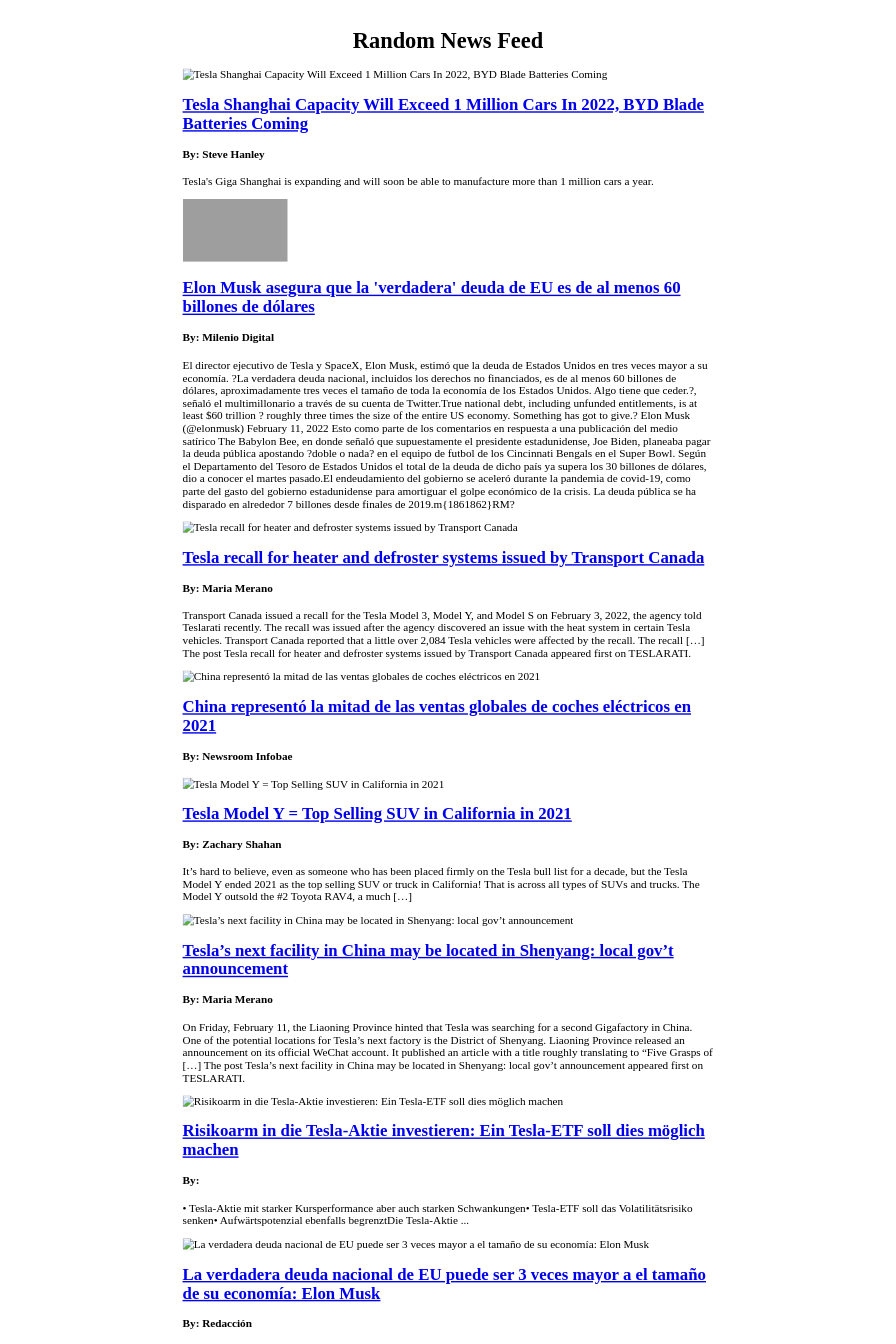
Repository: SamanthaYan298/my_news
Page: /
An editor plug-in stored every save of this project. The page is shown before and after the next save, followed by the edit.
The browser window is 1280 px wide. The pictures show the part of the page from y = 0 to 1920 px (the page is 17788 px tall before and 17038 px after), at 70% of full size.
Pictures or frames that could not be fetched are drawn as grey boxes. The project was rebuilt for these pictures with package versions that can differ from the ones it lists, and the page was loaded fresh each time. Also part of the build but not shown: vite.config.js.

Above is the page before, as saved 2024-09-23 16:55:55.

### src/App.jsx
import news_feed from './sample_news_stories.json';

function App() {

  // Get stories from news feed
  const stories = news_feed.results;

  return (
    <div className="App">
      <h1>Random News Feed</h1>
      <div>
        {stories.map((story, index) => (
          <div key={index}>
            <div>
              <img
                src={story.image_url}
                alt={story.title}
                style={{
                  width: '150px',
                  height: '90px'
                }}
              />
            </div>
            <a href={story.link}><h2>{story.title}</h2></a>
            <h4>By: {story.creator}</h4>
            <p>{story.description}</p>
          </div>
        ))}
      </div>
    </div>
  );
}

export default App;

### src/index.css
.App {
  padding: 10px;
  max-width: 60%;
  margin: auto;
}

.App > h1 {
  text-align: center;
}

.feed {
  display: flex;
  flex-direction: column;
  gap: 1em;
}

.story {
  position: relative;
  padding: 1em;
  box-shadow: 0 1px 2px #aeaeae;
}

.story span.delete {
  position: absolute;
  /* padding: 1px 3px; */
  width: 1rem;
  height: 1rem;
  text-align: center;
  line-height: 0.8;
  top: 0;
  right: 0;
  background: red;
  color: #fff;
  cursor: pointer;
}

.story_header {
  display: flex;
  flex-direction: row;
  gap: 1em;
}

.story_header h1 {
  margin: 0;
  padding: 0;
  font-size: 1.5em;
}

.story_header h1 > a {
  text-decoration: none;
}

.story_creator {
  display: block;
  font-size: 1rem;
  margin-top: 1rem;
}

.story_image {
  max-width: 20%;
}

.story_image img {
  width: 100%;
}

Loaded but not shown: index.html (common file); src/main.jsx (common file); src/sample_news_stories.json (1743 lines, source omitted)

After the next save:
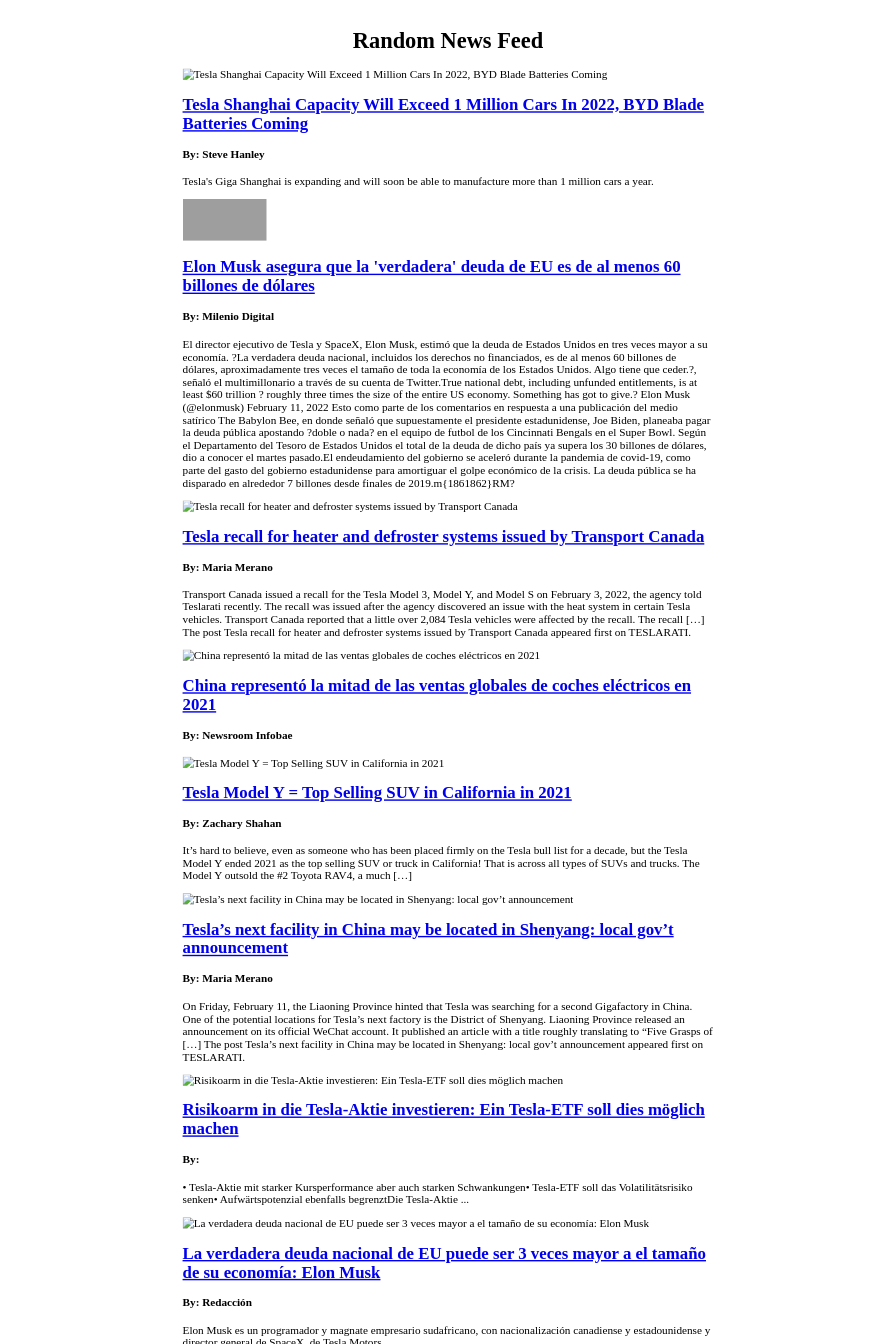
Saved 11 s later.
--- a/src/App.jsx
+++ b/src/App.jsx
@@ -16,8 +16,8 @@
                 src={story.image_url}
                 alt={story.title}
                 style={{
-                  width: '150px',
-                  height: '90px'
+                  width: '120px',
+                  height: '60px'
                 }}
               />
             </div>
